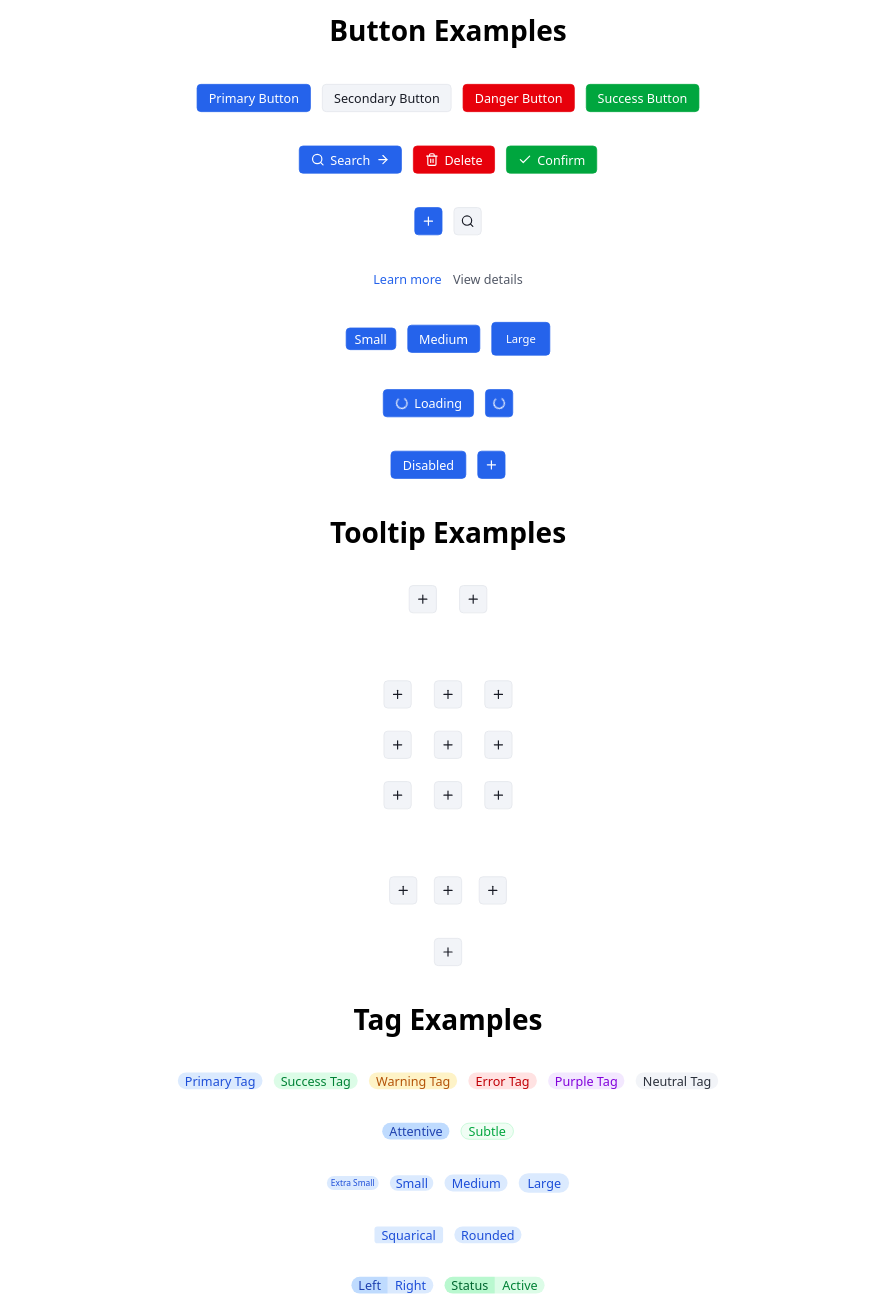
Repository: vinit-juspay/design-system
Page: /
An editor plug-in stored every save of this project. The page is shown before and after the next save, followed by the edit.
The browser window is 1280 px wide. The pictures show the whole page, at 70% of full size.
Some web fonts or font styles are not loaded; a fallback is used. The project was rebuilt for these pictures with package versions that can differ from the ones it lists, and the page was loaded fresh each time. Also part of the build but not shown: vite.config.ts, src/components/button/Button.utils.ts, src/components/button/Button.tsx.

Above is the page before, as saved 2025-04-05 18:25:51.

### index.html
<!doctype html>
<html lang="en">
  <head>
    <meta charset="UTF-8" />
    <meta name="viewport" content="width=device-width, initial-scale=1.0" />
    <link rel="preconnect" href="https://fonts.googleapis.com">
    <link rel="preconnect" href="https://fonts.gstatic.com" crossorigin>
    <link href="https://fonts.googleapis.com/css2?family=Inter+Display:wght@400;500;600;700&family=JetBrains+Mono:wght@400;500;600;700&display=swap" rel="stylesheet">
    <title>Juspay Design System</title>
  </head>
  <body>
    <div id="root"></div>
    <script type="module" src="/src/main.tsx"></script>
  </body>
</html>

### src/index.ts
import './index.css';

export type { ButtonProps, ButtonType, ButtonSize } from './components/button/Button.types';
export { default as Button } from './components/button/Button';

export type { TooltipProps, TooltipSize, TooltipArrow, SlotDirection } from './components/tooltip/Tooltip.types';
export { default as Tooltip } from './components/tooltip/Tooltip';

### lib/main.ts
import '../src/index.css';

export { default as Button } from './components/Button/Button';
export { default as Tag, SplitTag } from './components/Tags/Tags';

### src/components/tooltip/Tooltip.tsx
import * as React from 'react';
import * as RadixTooltip from '@radix-ui/react-tooltip';
import { TooltipProps } from './Tooltip.types';
import { getTooltipClassNames, getArrowStyles, getContentContainerClassNames, getSlotClassNames } from './Tooltip.utils';

/**
 * Tooltip component built on top of Radix UI tooltip primitive
 * Provides contextual information when hovering over elements
 *
 * @component
 * @example
 * // Basic usage
 * <Tooltip content="This is a tooltip">
 *   <Button>Hover me</Button>
 * </Tooltip>
 *
 * // With custom slot (e.g. icon)
 * <Tooltip content="Custom tooltip" arrow="right" hasSlot slot={InfoIcon} slotDirection="left">
 *   <span>Hover for info</span>
 * </Tooltip>
 */

const Tooltip = React.forwardRef<
  React.ElementRef<typeof RadixTooltip.Content>,
  TooltipProps
>(({
  children,
  content,
  size = 'sm',
  arrow = 'default',
  hasSlot = false,
  slotDirection = 'left',
  slot: Slot,
  providerProps = { delayDuration: 300 },
  rootProps,
  contentProps,
}, ref) => {
  const tooltipClassNames = getTooltipClassNames(size);
  const { arrowClassName, side, align, showArrow } = getArrowStyles(arrow);
  const contentContainerClassNames = getContentContainerClassNames();

  return (
    <RadixTooltip.Provider delayDuration={providerProps.delayDuration}>
      <RadixTooltip.Root {...rootProps}>
        <RadixTooltip.Trigger asChild>
          {children}
        </RadixTooltip.Trigger>
        <RadixTooltip.Portal>
          <RadixTooltip.Content
            ref={ref}
            sideOffset={5}
            side={side as RadixTooltip.TooltipContentProps['side']}
            align={align as RadixTooltip.TooltipContentProps['align']}
            className={tooltipClassNames}
            {...contentProps}
          >
            <div className={contentContainerClassNames}>
              {hasSlot && slotDirection === 'left' && Slot && (
                <Slot className={getSlotClassNames('left')} />
              )}
              {content}
              {hasSlot && slotDirection === 'right' && Slot && (
                <Slot className={getSlotClassNames('right')} />
              )}
            </div>
            {showArrow && <RadixTooltip.Arrow className={arrowClassName} />}
          </RadixTooltip.Content>
        </RadixTooltip.Portal>
      </RadixTooltip.Root>
    </RadixTooltip.Provider>
  );
});

Tooltip.displayName = 'Tooltip';

export default Tooltip;

### lib/components/Button/Button.tsx
import * as React from 'react';
import { Loader2 } from 'lucide-react';
import { ButtonProps } from './types';
import { cn } from '../../utils';
import { getButtonClassNames, getIconClassNames, getTextClassNames } from './utils';

const Button = React.forwardRef<HTMLButtonElement, ButtonProps>(
  ({
    buttonType = 'primary',
    size = 'md',
    subType = 'default',
    text,
    leadingIcon: LeadingIcon,
    trailingIcon: TrailingIcon,
    isLoading = false,
    isDisabled = false,
    className,
    children,
    ...props
  }, ref) => {
    const baseClassNames = getButtonClassNames(buttonType, size, subType);
    const iconClassNames = getIconClassNames(size, isLoading);
    const textClassNames = getTextClassNames(size);

    return (
      <button
        ref={ref}
        disabled={isDisabled || isLoading}
        className={cn(baseClassNames, className)}
        {...props}
      >
        {isLoading && (
          <Loader2 className={iconClassNames} />
        )}
        {!isLoading && LeadingIcon && (
          <LeadingIcon className={iconClassNames} />
        )}
        {(text || children) && (
          <span className={textClassNames}>{text || children}</span>
        )}
        {!isLoading && TrailingIcon && (
          <TrailingIcon className={iconClassNames} />
        )}
      </button>
    );
  }
);

Button.displayName = 'Button';

export default Button;

### lib/components/Tags/Tags.tsx
import * as React from 'react';
import { TagProps, SplitTagProps } from './types';
import { cn } from '../../utils';
import { getTagClassNames, getSplitTagClassNames } from './utils';

const Tag = React.forwardRef<HTMLDivElement, TagProps>(
  ({
    variant = 'default',
    tagStyle = 'rounded',
    size = 'md',
    color = 'neutral',
    label,
    leadingIcon: LeadingIcon,
    trailingIcon: TrailingIcon,
    className,
    children,
    ...props
  }, ref) => {
    const baseClassNames = getTagClassNames(variant, tagStyle, size, color);

    if (variant === 'splitTags') {
      return null; // SplitTag component should be used instead
    }

    return (
      <div
        ref={ref}
        className={cn(baseClassNames, className)}
        {...props}
      >
        {LeadingIcon && (
          <LeadingIcon className="h-3 w-3" />
        )}
        {(label || children) && (
          <span>{label || children}</span>
        )}
        {TrailingIcon && (
          <TrailingIcon className="h-3 w-3" />
        )}
      </div>
    );
  }
);

Tag.displayName = 'Tag';

export const SplitTag = React.forwardRef<HTMLDivElement, SplitTagProps>(
  ({
    tagStyle = 'rounded',
    size = 'md',
    color = 'neutral',
    leftLabel,
    rightLabel,
    leftIcon: LeftIcon,
    rightIcon: RightIcon,
    className,
    ...props
  }, ref) => {
    return (
      <div
        ref={ref}
        className={cn("inline-flex", className)}
        {...props}
      >
        <div className={getSplitTagClassNames(tagStyle, size, color, true)}>
          {LeftIcon && <LeftIcon className="h-3 w-3" />}
          {leftLabel && <span>{leftLabel}</span>}
        </div>
        <div className={getSplitTagClassNames(tagStyle, size, color, false)}>
          {rightLabel && <span>{rightLabel}</span>}
          {RightIcon && <RightIcon className="h-3 w-3" />}
        </div>
      </div>
    );
  }
);

SplitTag.displayName = 'SplitTag';

export default Tag;

### src/components/tooltip/Tooltip.utils.ts
import { TooltipSize, TooltipArrow } from './Tooltip.types';
import { themeConfig } from '../../themeConfig';
import { cn } from '../../lib/utils';

/**
 * Generates the appropriate class names for a tooltip based on its size
 *
 * @param {TooltipSize} size - The size of the tooltip (sm or lg)
 * @returns {string} Combined Tailwind CSS class names for the tooltip
 */
export const getTooltipClassNames = (size: TooltipSize): string => {
  const theme = themeConfig.euler.tooltip;
  const tooltipSize = theme.sizes[size];

  return cn(
    theme.baseStyles,
    tooltipSize.padding,
    tooltipSize.fontSize,
    tooltipSize.borderRadius,
    tooltipSize.maxWidth
  );
};

/**
 * Generates the appropriate class names for the slot based on its direction
 *
 * @param {string} direction - The direction of the slot ('left' or 'right')
 * @returns {string} Combined Tailwind CSS class names for the slot
 */
export const getSlotClassNames = (direction: 'left' | 'right'): string => {
  return cn(
    'h-4 w-4',
    direction === 'left' ? 'mr-2' : 'ml-2'
  );
};

/**
 * Generates the appropriate class names for a tooltip arrow based on its position
 *
 * @param {TooltipArrow} arrow - The position of the arrow
 * @returns {object} Object containing arrow classes and side/align props for Radix UI
 */
export const getArrowStyles = (arrow: TooltipArrow) => {
  const theme = themeConfig.euler.tooltip;

  // Default positioning (top arrow)
  let side = 'top';
  let align = 'center';
  let showArrow = true;

  switch (arrow) {
    case 'right':
      side = 'left';
      align = 'center';
      break;
    case 'left':
      side = 'right';
      align = 'center';
      break;
    case 'bottomCenter':
      side = 'bottom';
      align = 'center';
      break;
    case 'bottomLeft':
      side = 'bottom';
      align = 'start';
      break;
    case 'bottomRight':
      side = 'bottom';
      align = 'end';
      break;
    case 'topCenter':
      side = 'top';
      align = 'center';
      break;
    case 'topLeft':
      side = 'top';
      align = 'start';
      break;
    case 'topRight':
      side = 'top';
      align = 'end';
      break;
    case 'none':
      showArrow = false;
      break;
    default:
      // Default is top with center alignment
      break;
  }

  return {
    arrowClassName: cn(theme.arrow.baseStyles),
    side,
    align,
    showArrow
  };
};

/**
 * Generates the appropriate class names for the content container of the tooltip
 *
 * @returns {string} Combined Tailwind CSS class names for the tooltip content
 */
export const getContentContainerClassNames = (): string => {
  const theme = themeConfig.euler.tooltip;

  return cn(
    'flex',
    theme.content.baseStyles
  );
};

### lib/components/Button/utils.ts
import { ButtonSize, ButtonType, ButtonSubType } from './types';
import { themeConfig } from '../../themeConfig';
import { cn } from '../../utils';

export const getButtonClassNames = (
  type: ButtonType,
  size: ButtonSize,
  subType: ButtonSubType
): string => {
  const theme = themeConfig.euler.button;
  const buttonType = theme.buttonType[type];
  const buttonSize = theme.sizes[size];

  const baseClasses = `
    inline-flex items-center justify-center
    transition-all duration-200
    focus-visible:outline-primary-200 focus-visible:outline-2
    focus:outline-primary-200 focus:outline-2
    disabled:pointer-events-none
  `;

  if (subType === 'link') {
    return cn(
      baseClasses,
      buttonSize.fontSize,
      theme.linkColors[type].text,
      theme.linkColors[type].hover,
      theme.linkColors[type].focus
    );
  }

  if (subType === 'iconOnly') {
    return cn(
      baseClasses,
      buttonSize.height,
      'aspect-square p-0',
      buttonType.backgroundColor,
      buttonType.textColor,
      buttonType.hoverBackgroundColor,
      buttonType.activeBackgroundColor,
      buttonType.borderColor,
      buttonType.disabledBackgroundColor,
      theme.borderRadius
    );
  }

  return cn(
    baseClasses,
    buttonSize.height,
    buttonSize.padding,
    buttonSize.fontSize,
    buttonSize.gap,
    buttonType.backgroundColor,
    buttonType.textColor,
    buttonType.hoverBackgroundColor,
    buttonType.activeBackgroundColor,
    buttonType.borderColor,
    buttonType.disabledBackgroundColor,
    theme.borderRadius
  );
};

export const getIconClassNames = (size: ButtonSize, isLoading: boolean): string => {
  const theme = themeConfig.euler.button;
  const buttonSize = theme.sizes[size];

  return cn(
    buttonSize.iconSize,
    isLoading && 'animate-spin'
  );
};

export const getTextClassNames = (size: ButtonSize): string => {
  const theme = themeConfig.euler.button;
  const buttonSize = theme.sizes[size];

  return cn(
    buttonSize.fontSize
  );
};

### lib/components/Tags/utils.ts
import { TagVariant, TagStyle, TagSize, TagColor } from './types';
import { themeConfig } from '../../themeConfig';
import { cn } from '../../utils';

export const getTagClassNames = (
  variant: TagVariant,
  tagStyle: TagStyle,
  size: TagSize,
  color: TagColor
): string => {
  // Base classes for all tags
  const baseClasses = `
    inline-flex items-center justify-center
    gap-2 transition-all duration-200
  `;

  // Size-specific classes
  const sizeClasses = {
    xs: 'h-5 text-xs',
    sm: 'h-[22px] text-sm',
    md: 'h-6 text-sm',
    lg: 'h-7 text-sm'
  };

  // Padding based on size
  const paddingClasses = {
    xs: 'px-1.5 py-0.5',
    sm: 'px-2 py-0.75',
    md: 'px-2.5 py-1',
    lg: 'px-3 py-1.5'
  };

  // Style-specific classes (border radius)
  const styleClasses = {
    squarical: 'rounded',
    rounded: 'rounded-full'
  };

  // Color and variant combinations
  const variantColorClasses = {
    default: {
      neutral: 'bg-gray-100 text-gray-700',
      primary: 'bg-blue-100 text-blue-700',
      success: 'bg-green-100 text-green-700',
      error: 'bg-red-100 text-red-700',
      warning: 'bg-amber-100 text-amber-700',
      purple: 'bg-purple-100 text-purple-700'
    },
    attentive: {
      neutral: 'bg-gray-950 text-gray-0',
      primary: 'bg-blue-200 text-blue-800',
      success: 'bg-green-200 text-green-800',
      error: 'bg-red-200 text-red-800',
      warning: 'bg-amber-200 text-amber-800',
      purple: 'bg-purple-200 text-purple-800'
    },
    subtle: {
      neutral: 'bg-gray-50 text-gray-600 border border-gray-200',
      primary: 'bg-blue-50 text-blue-600 border border-blue-200',
      success: 'bg-green-50 text-green-600 border border-green-200',
      error: 'bg-red-50 text-red-600 border border-red-200',
      warning: 'bg-amber-50 text-amber-600 border border-amber-200',
      purple: 'bg-purple-50 text-purple-600 border border-purple-200'
    },
    splitTags: {
      neutral: '', // Will be handled separately
      primary: '',
      success: '',
      error: '',
      warning: '',
      purple: ''
    }
  };

  // For splitTags, we'll handle this differently in the component
  if (variant === 'splitTags') {
    return cn(
      baseClasses,
      sizeClasses[size],
      styleClasses[tagStyle]
    );
  }

  return cn(
    baseClasses,
    sizeClasses[size],
    paddingClasses[size],
    styleClasses[tagStyle],
    variantColorClasses[variant][color]
  );
};

export const getSplitTagClassNames = (
  tagStyle: TagStyle,
  size: TagSize,
  color: TagColor,
  isLeft: boolean
): string => {
  // Style-specific classes (border radius)
  const styleClasses = {
    squarical: isLeft ? 'rounded-l' : 'rounded-r',
    rounded: isLeft ? 'rounded-l-full' : 'rounded-r-full'
  };

  // Size-specific classes
  const sizeClasses = {
    xs: 'h-5 text-xs',
    sm: 'h-[22px] text-sm',
    md: 'h-6 text-sm',
    lg: 'h-7 text-sm'
  };

  // Padding based on size
  const paddingClasses = {
    xs: 'px-1.5 py-0.5',
    sm: 'px-2 py-0.75',
    md: 'px-2.5 py-1',
    lg: 'px-3 py-1.5'
  };

  // Color classes for split tags
  const colorClasses = {
    neutral: isLeft ? 'bg-gray-200 text-gray-800' : 'bg-gray-100 text-gray-700',
    primary: isLeft ? 'bg-blue-200 text-blue-800' : 'bg-blue-100 text-blue-700',
    success: isLeft ? 'bg-green-200 text-green-800' : 'bg-green-100 text-green-700',
    error: isLeft ? 'bg-red-200 text-red-800' : 'bg-red-100 text-red-700',
    warning: isLeft ? 'bg-amber-200 text-amber-800' : 'bg-amber-100 text-amber-700',
    purple: isLeft ? 'bg-purple-200 text-purple-800' : 'bg-purple-100 text-purple-700'
  };

  return cn(
    'inline-flex items-center justify-center gap-2',
    sizeClasses[size],
    paddingClasses[size],
    styleClasses[tagStyle],
    colorClasses[color]
  );
};

### lib/themeConfig.ts
// Copy your existing themeConfig.ts file here
// This is a placeholder - use your actual theme config
export const themeConfig = {
  euler: {
    button: {
      buttonType: {
        primary: {
          backgroundColor: 'bg-blue-600',
          textColor: 'text-white',
          hoverBackgroundColor: 'hover:bg-blue-700',
          borderColor: 'border border-blue-600'
        },
        secondary: {
          backgroundColor: 'bg-gray-100',
          textColor: 'text-gray-900',
          hoverBackgroundColor: 'hover:bg-gray-200',
          borderColor: 'border border-gray-200'
        },
        danger: {
          backgroundColor: 'bg-red-600',
          textColor: 'text-white',
          hoverBackgroundColor: 'hover:bg-red-700',
          borderColor: 'border border-red-600'
        },
        success: {
          backgroundColor: 'bg-green-600',
          textColor: 'text-white',
          hoverBackgroundColor: 'hover:bg-green-700',
          borderColor: 'border border-green-600'
        }
      },
      sizes: {
        sm: {
          height: 'h-8',
          padding: 'px-3',
          fontSize: 'text-sm',
          iconSize: 'w-4 h-4',
          gap: 'gap-1.5'
        },
        md: {
          height: 'h-10',
          padding: 'px-4',
          fontSize: 'text-sm',
          iconSize: 'w-5 h-5',
          gap: 'gap-2'
        },
        lg: {
          height: 'h-12',
          padding: 'px-5',
          fontSize: 'text-base',
          iconSize: 'w-5 h-5',
          gap: 'gap-2'
        }
      },
      linkColors: {
        primary: {
          text: 'text-blue-600',
          hover: 'hover:text-blue-700',
          focus: 'focus:text-blue-700'
        },
        secondary: {
          text: 'text-gray-600',
          hover: 'hover:text-gray-700',
          focus: 'focus:text-gray-700'
        },
        danger: {
          text: 'text-red-600',
          hover: 'hover:text-red-700',
          focus: 'focus:text-red-700'
        },
        success: {
          text: 'text-green-600',
          hover: 'hover:text-green-700',
          focus: 'focus:text-green-700'
        }
      },
      borderRadius: 'rounded-md'
    }
  }
};

Loaded but not shown: src/main.tsx (common file); src/index.css (common file); src/lib/utils.ts (common file); lib/utils/index.ts (common file); tailwind.config.js (318 lines, source omitted); src/App.tsx (335 lines, source omitted); src/themeConfig.ts (278 lines, source omitted)

After the next save:
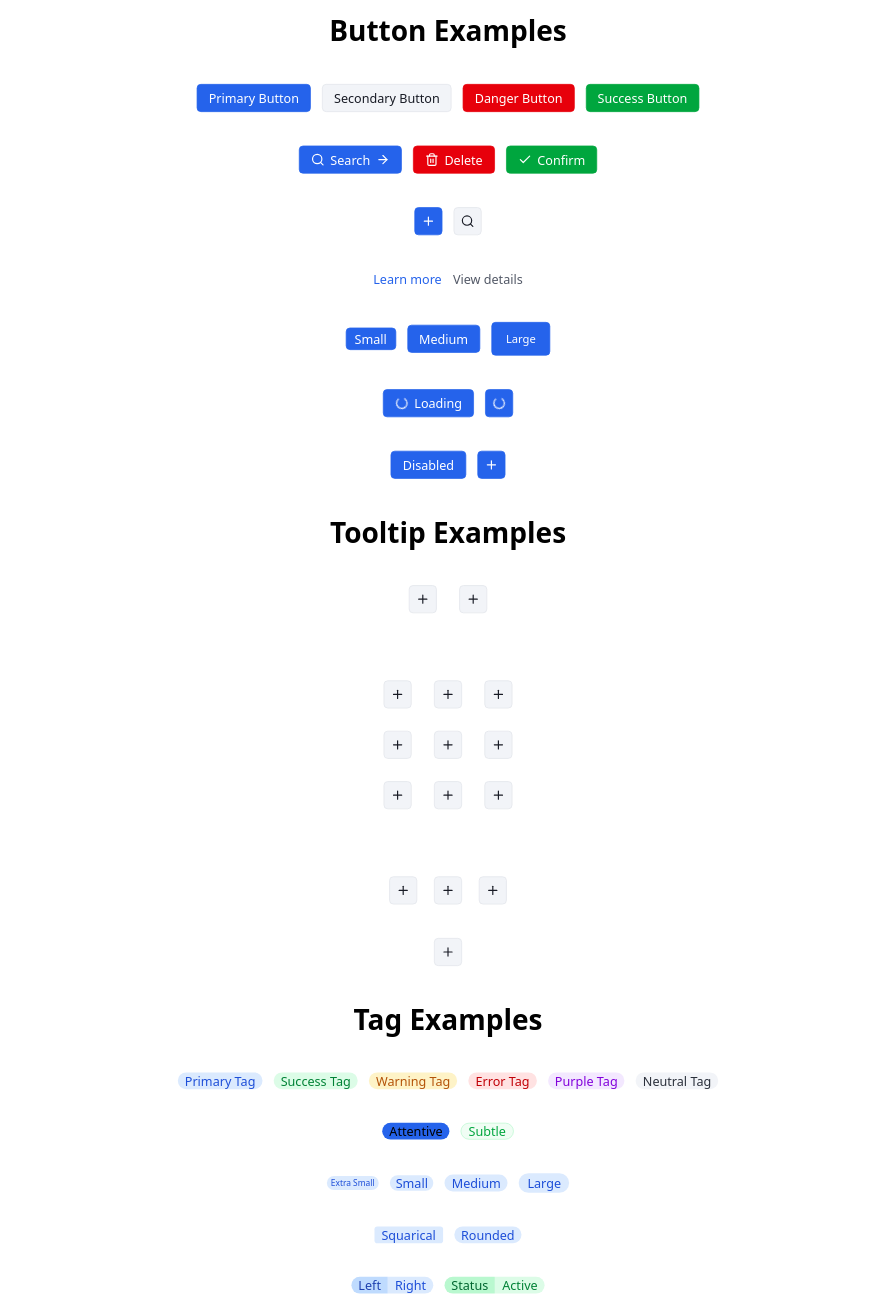
Saved 29 s later.
--- a/lib/components/Tags/utils.ts
+++ b/lib/components/Tags/utils.ts
@@ -48,7 +48,7 @@ export const getTagClassNames = (
     },
     attentive: {
       neutral: 'bg-gray-950 text-gray-0',
-      primary: 'bg-blue-200 text-blue-800',
+      primary: 'bg-blue-600 text-blue-0',
       success: 'bg-green-200 text-green-800',
       error: 'bg-red-200 text-red-800',
       warning: 'bg-amber-200 text-amber-800',
